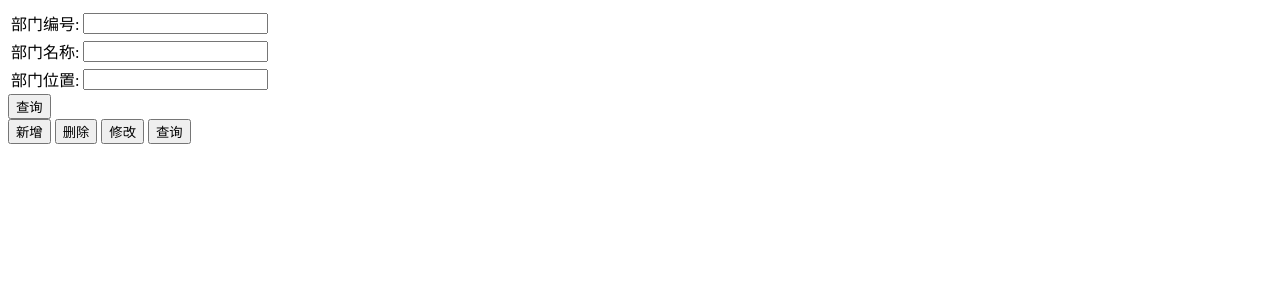
Repository: jianminghao/ssiProject
Page: http://localhost/myssiProject/dept2.jsp
An editor plug-in stored every save of this project. The page is shown before and after the next save, followed by the edit.
The browser window is 1280 px wide. The pictures show the whole page.
The page is served by Tomcat 9. Other server files are loaded and not shown.

Above is the page before, as saved 2020-03-04 12:35:00.

### myssiProject/WebContent/dept2.jsp
<%@ page language="java" contentType="text/html; charset=UTF-8"
    pageEncoding="UTF-8"%>
<!DOCTYPE html>
<%@page import="java.util.List"%>
<%@page import="java.util.ArrayList"%>
<%@page import="myssiProject.com.hao.detp.vo.DeptInfo"%>


<html>
<head>
<meta charset="UTF-8">
<title>Insert title here</title>
<SCRIPT src="resource/jquery/jquery.js" type=text/javascript></SCRIPT>

	<script type="text/javascript">

	var locationPath = "localhost:8080/myssiProject";
	/* var locationPath = "localhost:8080/myssiProject/dept.do?method=";
	 $("div").delegate("click",function(){
		 debugger;
			var opt = $(this).value();
			switch(opt) {
		     case '1':
		    	 locationPath += 'insert';
		        break;
		     case '2':
		    	 locationPath += 'delete';
		        break;
		     case '3':
		    	 locationPath += 'update';
		        break;
		     default:
		    	 locationPath += 'list';
			}
			var deptNo =  document.getElementById("deptNo").value;
	    	var dName =  document.getElementById("dName").value;
	    	var loc =  document.getElementById("loc").value;
			document.all.dept.action=locationPath +"&deptInfo.deptNo="+deptNo +"&deptInfo.dName="+dName +"&deptInfo.loc="+loc;
			document.all.dept.submit();
		  }); */
	/* $('.btn').click(function() {
		debugger;
		var opt = $(this).value();
		switch(opt) {
	     case '1':
	    	 locationPath += 'insert';
	        break;
	     case '2':
	    	 locationPath += 'delete';
	        break;
	     case '3':
	    	 locationPath += 'update';
	        break;
	     default:
	    	 locationPath += 'list';
		}
		var deptNo =  document.getElementById("deptNo").value;
    	var dName =  document.getElementById("dName").value;
    	var loc =  document.getElementById("loc").value;
		document.all.dept.action=locationPath +"&deptInfo.deptNo="+deptNo +"&deptInfo.dName="+dName +"&deptInfo.loc="+loc;
		document.all.dept.submit();
	});
	 */
	//定义Action的URL
    insert = function (){
		debugger;
    	var deptNo =  document.getElementById("deptNo").value;
    	var dName =  document.getElementById("dName").value;
    	var loc =  document.getElementById("loc").value;
		document.all.dept.action=locationPath+"/dept.do?method=insert"
									+"&deptNo="+deptNo
									+"&dName="+dName
									+"&loc="+loc;
		document.all.dept.submit();
	}
    function deleteInfo(){
		debugger;
    	var deptNo =  document.getElementById("deptNo").value;
    	var dName =  document.getElementById("dName").value;
    	var loc =  document.getElementById("loc").value;
		document.all.dept.action=locationPath+"/dept.do?method=delete"
									+"&deptNo="+deptNo
									+"&dName="+dName
									+"&loc="+loc;
		document.all.dept.submit();
	}
    function update(){
		debugger;
    	var deptNo =  document.getElementById("deptNo").value;
    	var dName =  document.getElementById("dName").value;
    	var loc =  document.getElementById("loc").value;
		document.all.dept.action=locationPath+"/dept.do?method=update"
									+"&deptNo="+deptNo
									+"&dName="+dName
									+"&loc="+loc;
		document.all.dept.submit();
	}
    function query(){
		debugger;
    	var deptNo =  document.getElementById("deptNo").value;
    	var dName =  document.getElementById("dName").value;
    	var loc =  document.getElementById("loc").value;
		document.all.dept.action=locationPath+"/dept.do?method=list"
									+"&deptNo="+deptNo
									+"&dName="+dName
									+"&loc="+loc;
		document.all.dept.submit();
	}

	</script>
</head>
<body>
	<form id="dept" name ="dept"  method="post" action="dept.do" >
	<!-- <form action="dept.do"  method="post" focus="dept"> -->
		<table>
			<tr>
				<td>部门编号:  </td>
				 <td><input type="text" id="deptNo" name="deptInfo.deptNo"></td>
			</tr>
			<tr>
				<td>部门名称:  </td>
				 <td><input type="text" id="dName" name="deptInfo.dName"></td>
			</tr>
			<tr>
				<td>部门位置:  </td>
				 <td><input type="text" id="loc" name="deptInfo.loc"></td>
			</tr>
		</table>
		<input type="submit" value="查询">
	<div>
		<button class="btn" name="insert" value="1">
			新增
		</button>
		<button class="btn" name="delete" value="2">
			删除
		</button>
		<button class="btn" name="update" value="3">
			修改
		</button>
		<button class="btn" name="query" value="4">
			查询
		</button>
	</div>
		<!-- <button class="btn" name="insert" onclick="insert()">
			<span>新增</span>
		</button>
		<button class="btn" name="delete" onclick="deleteInfo()">
			<span>删除</span>
		</button>
		<button class="btn" name="update" onclick="update()">
			<span>修改</span>
		</button>
		<button class="btn" name="query" onclick="query()">
			<span>查询</span>
		</button> -->
	</form>
</body>
</html>

Loaded but not shown: myssiProject/WebContent/resource/jquery/jquery.js (library)

After the next save:
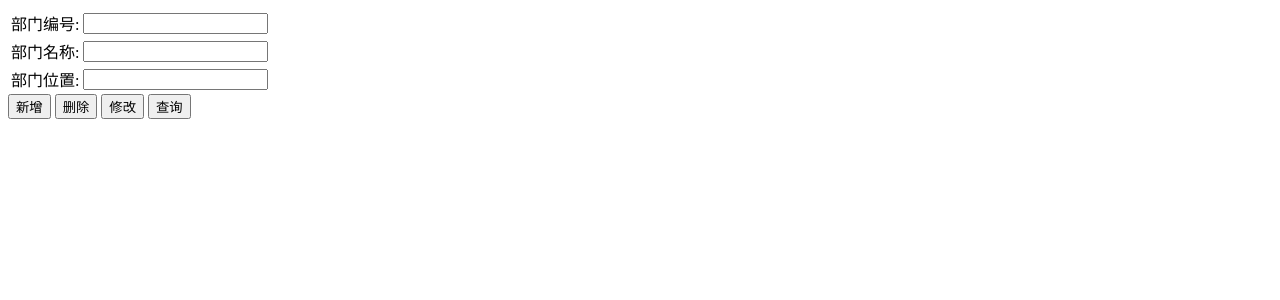
Saved 6 s later.
--- a/myssiProject/WebContent/dept2.jsp
+++ b/myssiProject/WebContent/dept2.jsp
@@ -126,7 +126,7 @@
 				 <td><input type="text" id="loc" name="deptInfo.loc"></td>
 			</tr>
 		</table>
-		<input type="submit" value="查询">
+		<!-- <input type="submit" value="查询"> -->
 	<div>
 		<button class="btn" name="insert" value="1">
 			新增
